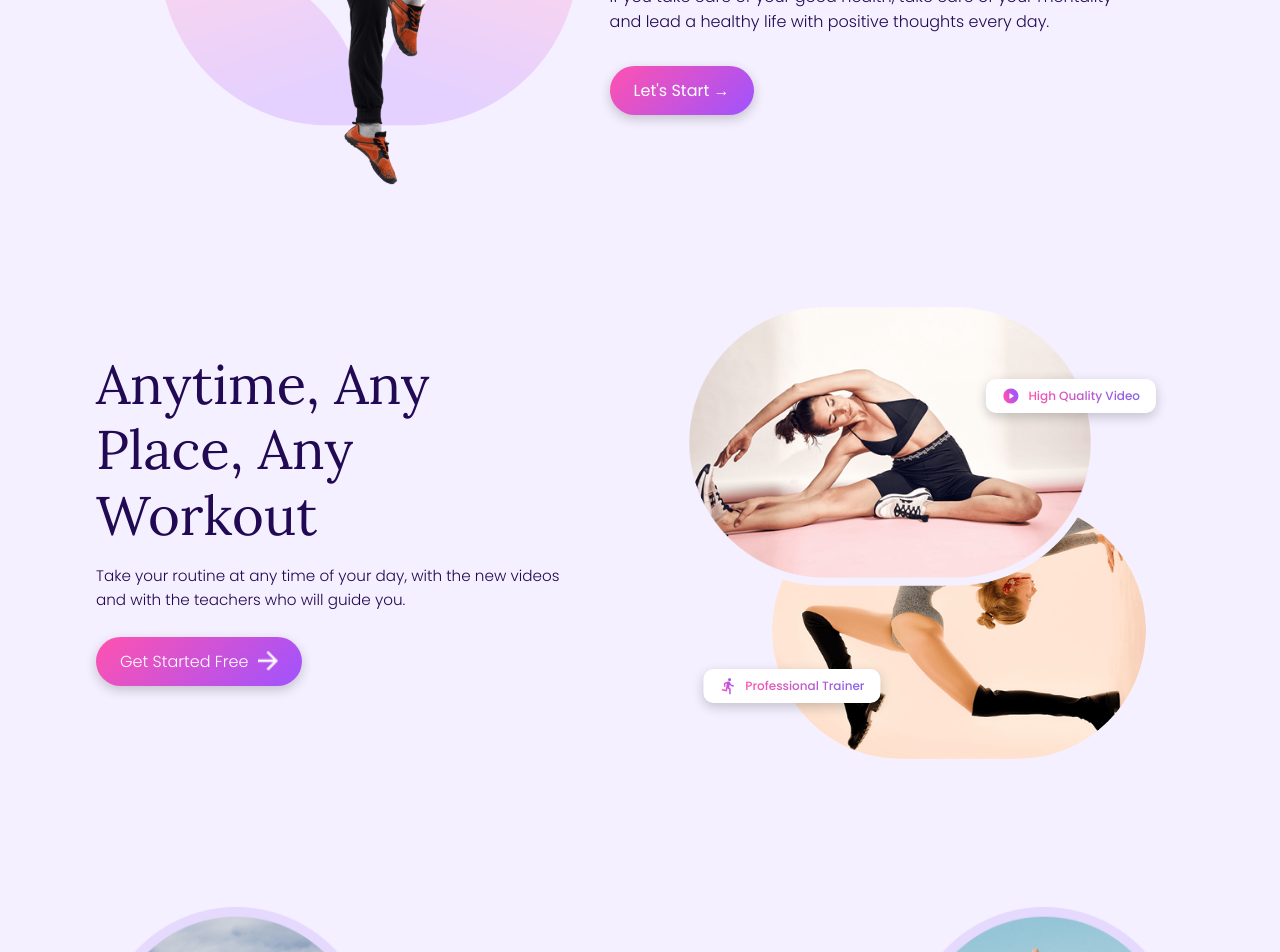
Repository: EunsuhJeon/responsive-yoga-website
Page: index.html
An editor plug-in stored every save of this project. The page is shown before and after the next save, followed by the edit.
The browser window is 1280 px wide. The pictures show the part of the page from y = 1431 to 2383 px (the page is 4035 px tall).

Above is the page before, as saved 2025-11-28 00:48:18.

### index.html
<!DOCTYPE html>
<html lang="en">
<head>
    <meta charset="UTF-8">
    <meta name="viewport" content="width=device-width, initial-scale=1.0">
    <title>Yoga website</title>
    <link rel="stylesheet" href="./main.css">
    <link rel="preconnect" href="https://fonts.googleapis.com">
    <link rel="preconnect" href="https://fonts.gstatic.com" crossorigin>
    <link href="https://fonts.googleapis.com/css2?family=Lora:ital,wght@0,400..700;1,400..700&display=swap" rel="stylesheet">
    <link rel="preconnect" href="https://fonts.googleapis.com">
    <link rel="preconnect" href="https://fonts.gstatic.com" crossorigin>
    <link href="https://fonts.googleapis.com/css2?family=Poppins:ital,wght@0,100;0,200;0,300;0,400;0,500;0,600;0,700;0,800;0,900;1,100;1,200;1,300;1,400;1,500;1,600;1,700;1,800;1,900&display=swap" rel="stylesheet">
</head>
<body>
    <header>
        <a class="logo align-items-center" href="#">
            <img src="./assets/logos/logo.png" alt="logo">
        </a>
        <nav class="nav-global">
            <ul>
                <li><a href="#">Home</a></li>
                <li><a href="#">Services1</a></li>
                <li><a href="#">Services2</a></li>
                <li><a href="#">Contact</a></li>
            </ul>
        </nav>
        <a class="theme-toggle align-items-center" href="#">
            <img src="./assets/icons/moon-icon.png" alt="dark mode toggle">
        </a>
    </header>
    <main>
        <!-- Jade - start -->
        <section id="section-hero">
            <div class="hero-desc-wrapper">
                <h1>Choose Your<br>Best Yoga<br>Teacher</h1>
                <p class="poppins">Calm your mind and body with the best yoga teachers available, relax your day and stay positive.</p>
                <input class="btn poppins" type="button" value="Get Started Free &rarr;">
                <div class="hero-desc-stats">
                    <div>
                        <div class="hero-stats-num">300+</div>
                        <p class="hero-stats-desc poppins">Yoga Class</p>
                    </div>
                    <div>
                        <div class="hero-stats-num">40+</div>
                        <p class="hero-stats-desc">Participants</p>
                    </div>
                </div>
            </div>
            <div class="hero-img-wrapper">
                <img src="./assets/images/banner-img.png" alt="banner yoga image">
            </div>
        </section>
        <section id="section-influencers">
            <div class="influencers-main-wrapper">
                <h2 class="h2-content">#01</h2>
                <div class="influencers-img-wrapper">
                    <img src="./assets/images/yoga-item1.png" alt="find influencers">
                </div>
            </div>
            <div class="influencers-desc-wrapper"><p class="p-content poppins">Get a list of specific influencers in your niche at your fingertips so you can focus on managing your status.</p></div>
            <div class="influencers-link-wrapper">
                <a class="poppins" href="#">Next &rarr;</a>
            </div>
        </section>
        <section id="section-wellness-cta">
            <div class="wellness-img-wrapper">
                <img src="./assets/images/health-fitness.png" alt="health fitness">
            </div>
            <div class="wellness-desc-wrapper">
                <h2 class="h2-content">Bring Happiness To Good Health!</h2>
                <p class="p-content poppins">If you take care of your good health, take care of your mentality and lead a healthy life with positive thoughts every day.</p>
                <input class="btn poppins" type="button" value="Let's Start &rarr;">
            </div>
        </section>
        <!-- Jade - end -->


        <!-- Andrea - start -->
        <section class="section-4-place">
            <div class="section-4-place-content">
                <h1 class="section-4-title">
                    Anytime, Any<br>
                    Place, Any<br>
                    Workout
                </h1>
                <p class="section-4-text">
                    Take your routine at any time of your day, with the new
                    videos and with the teachers who will guide you.
                </p>
                <button class="btn btn-primary">
                    Get Started Free
                    <img
                        class="btn-icon"
                        src="./assets/icons/p2-s1-button-pink-Arrow.png"
                        alt="Arrow icon">
                </button>
            </div>

            <div class="section-4-place-media">
                <div class="section-4-place-images">
                    <img
                        class="section-4-place-img section-4-place-img-top"
                        src="./assets/images/b2-s1-routine-yoga-1.png"
                        alt="Yoga routine 1">
                    <img
                        class="section-4-place-img section-4-place-img-bottom"
                        src="./assets/images/b2-s1-routine-yoga-2.png"
                        alt="Yoga routine 2">
                </div>

                <button class="pill-btn pill-btn-top">
                    <img
                        class="pill-icon"
                        src="./assets/icons/p2-s1-button-white-ri_play.svg"
                        alt="Play icon">
                        <span class="pill-gradient-text">High Quality Video</span>
                </button>

                <button class="pill-btn pill-btn-bottom">
                    <img
                        class="pill-icon"
                        src="./assets/icons/p2-s1-button-white-person.svg"
                        alt="Person icon">
                        <span class="pill-gradient-text">Professional Trainer</span>
                </button>
            </div>
        </section>

        <!-- Seccion 5 - Follow -->
        <section class="seccion-5-follow">

        <!-- fila superior -->
        <div class="seccion-5-top">
            <img
            class="seccion-5-img seccion-5-img-tl"
            src="./assets/images/b2-s2-follow-yoga-1.png"
            alt="Yoga pose top-left">

            <div class="seccion-5-text">
            <h2 class="seccion-5-title">
                Follow Us On<br>Instagram
            </h2>
            <p class="seccion-5-hashtag">
                <span class="gradient-text">#YOGA</span>
            </p>

            <button class="btn btn-circle follow-btn">
                <span>Follow</span>
                <img
                class="btn-icon"
                src="./assets/icons/p2-s1-button-pink-Arrow.png"
                alt="Arrow icon">
            </button>
            </div>

            <img
            class="seccion-5-img seccion-5-img-tr"
            src="./assets/images/b2-s2-follow-yoga-2.png"
            alt="Yoga pose top-right">
        </div>



        <!-- fila inferior -->
        <div class="seccion-5-bottom">

            <img
            class="seccion-5-img seccion-5-img-bl"
            src="./assets/images/b2-s2-follow-yoga-3.png"
            alt="Yoga pose bottom-left">

            <img
            class="seccion-5-img seccion-5-img-br"
            src="./assets/images/b2-s2-follow-yoga-4.png"
            alt="Yoga pose bottom-right">
        </div>
        </section>

        <!-- Seccion 6 - Newsletter -->
        <section class="seccion-6-newsletter">

        <div class="newsletter-box">

            <h2 class="newsletter-title">Join our newsletter</h2>

            <p class="newsletter-subtitle">
            Subscribe to our newsletter to be aware of many things on discounts, gifts,
            training and much more. Just enter your email.
            </p>

            <div class="newsletter-form">
            <div class="newsletter-input-wrapper">

                <input
                type="email"
                class="newsletter-input"
                placeholder="For latest update send mail">

                <button class="btn newsletter-btn">
                Subscribe
                <img
                    class="btn-icon"
                    src="./assets/icons/p2-s1-button-pink-Arrow.png"
                    alt="Arrow icon">
                </button>

            </div>
            </div>

        </div>

        </section>
    </main>
    <!---------------------------------- Footer ------------------------------------>
    <footer class="site-footer">

    <div class="footer-inner">

        <!-- Columna 1: Logo + texto -->
        <div class="footer-col footer-brand">
        <img
            src="./assets/logos/logo.png"
            alt="Yoga logo"
            class="footer-logo">

        <p class="footer-description">
            Take care of your health and your mind with the best Yoga classes.
        </p>
        </div>

        <!-- Columna 2 -->
        <div class="footer-col">
        <h3 class="footer-heading">Address</h3>
        <p class="footer-text">
            12345 M/01 Sol<br>
            Avenue, Lima, Peru
        </p>
        </div>

        <!-- Columna 3 -->
        <div class="footer-col">
        <h3 class="footer-heading">Contact</h3>
        <p class="footer-text">
            +123 456 7890<br>
            yoga@email.com
        </p>
        </div>

        <!-- Columna 4 -->
        <div class="footer-col">
        <h3 class="footer-heading">Office</h3>
        <p class="footer-text">
            Monday - Saturday<br>
            9AM - 10PM
        </p>
        </div>

    </div>

    <!-- Línea divisoria -->
    <div class="footer-divider"></div>

    <!-- Redes sociales --><!-- Copyright -->
    <div class="footer-bottom-row">
    <div class="footer-social">
        <a href="#"><img src="./assets/icons/facebook-icon.png" alt="Facebook icon"></a>
        <a href="#"><img src="./assets/icons/instagram-icon.png" alt="Instagram icon"></a>
        <a href="#"><img src="./assets/icons/twitter-icon.png" alt="Twitter icon"></a>
        <a href="#"><img src="./assets/icons/youtube-icon.png" alt="YouTube icon"></a>
    </div>

    <p class="footer-copy">
        © Copyright Bedimcode. All rights reserved
    </p>
    </div>


    </footer>

    <!-- Andrea - end -->
</body>
</html>

Loaded but not shown: main.css (1073 lines, source omitted)

After the next save:
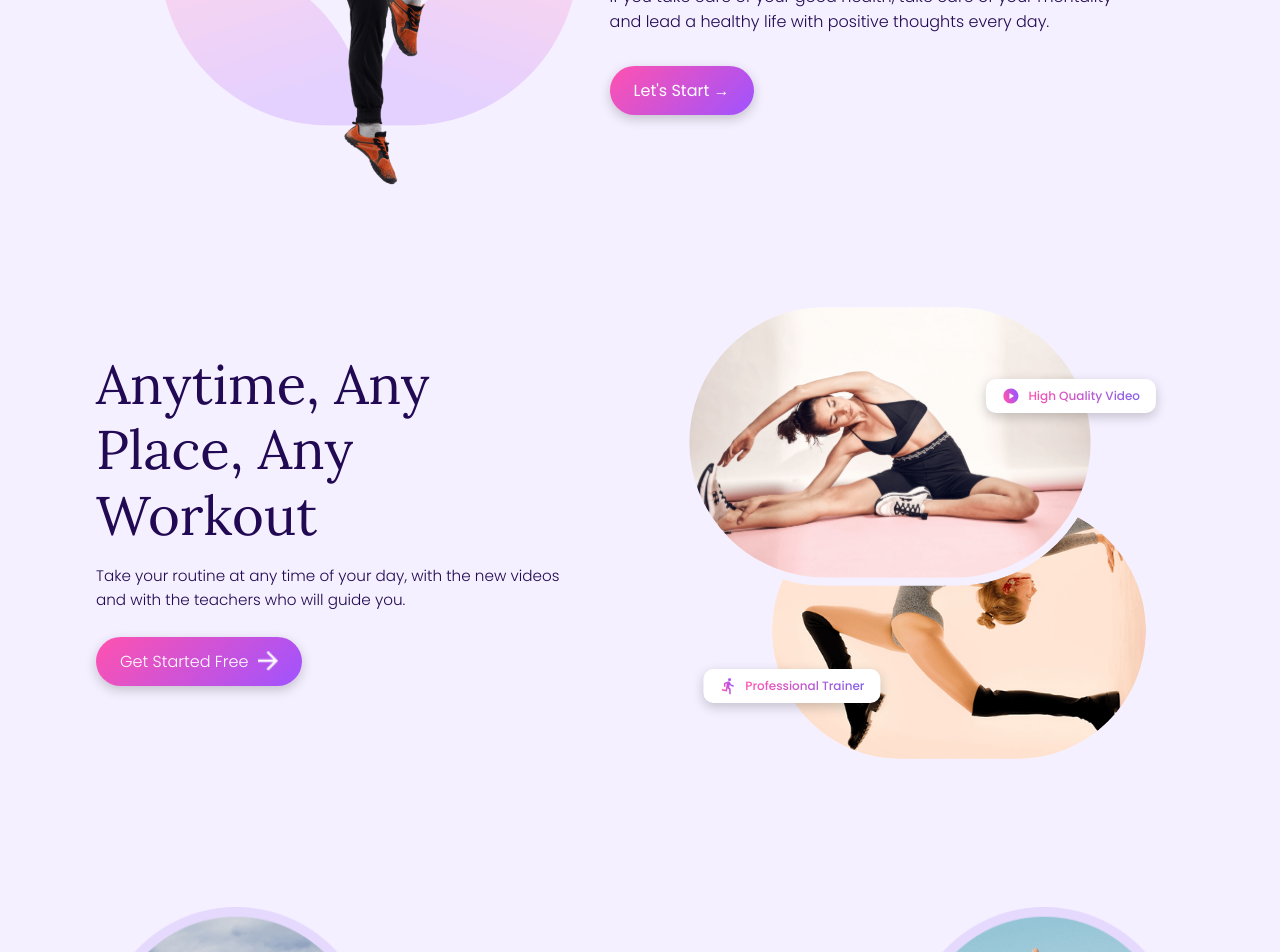
Saved 61 s later.
--- a/index.html
+++ b/index.html
@@ -101,7 +101,7 @@
                 <div class="section-4-place-images">
                     <img
                         class="section-4-place-img section-4-place-img-top"
-                        src="./assets/images/b2-s1-routine-yoga-1.png"
+                        src="./assets/images/b2-s1-routine-yoga-1.svg"
                         alt="Yoga routine 1">
                     <img
                         class="section-4-place-img section-4-place-img-bottom"
